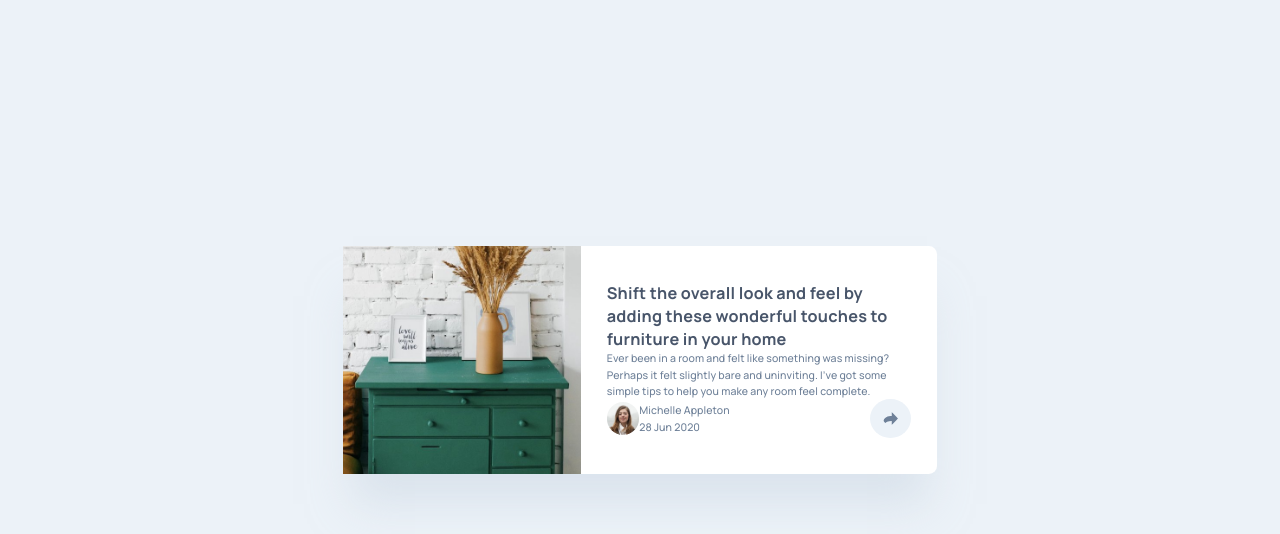
Repository: brandontaylor1/article-preview-component
Page: index.html
The author's editor kept a copy of each file at every save. The page is drawn from the files as they stood at one save, then again after the next save.
The browser window is 1280 px wide. The pictures show the whole page.

Above is the page before, as saved 2025-01-13 22:16:22.

After the next save:
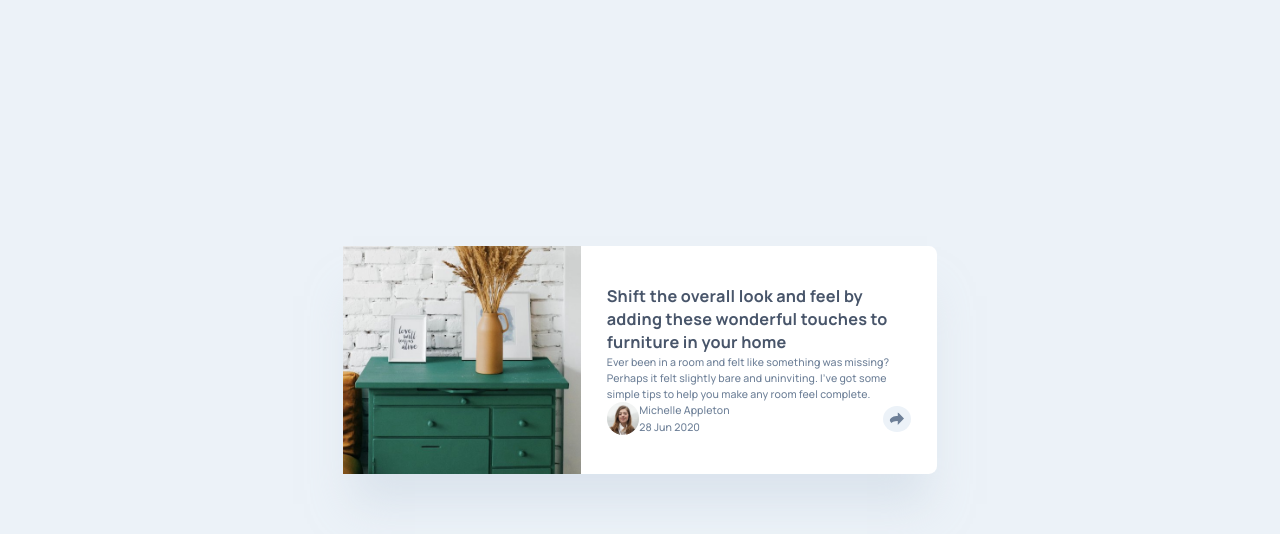
Saved 9 s later.
--- a/styles.css
+++ b/styles.css
@@ -99,7 +99,7 @@ body {
 }
 
 .share-btn {
-    padding: 1rem;
+    padding: .5rem;
     background-color: var(--light-grayish-blue);
     border-radius: 50%;
 }
